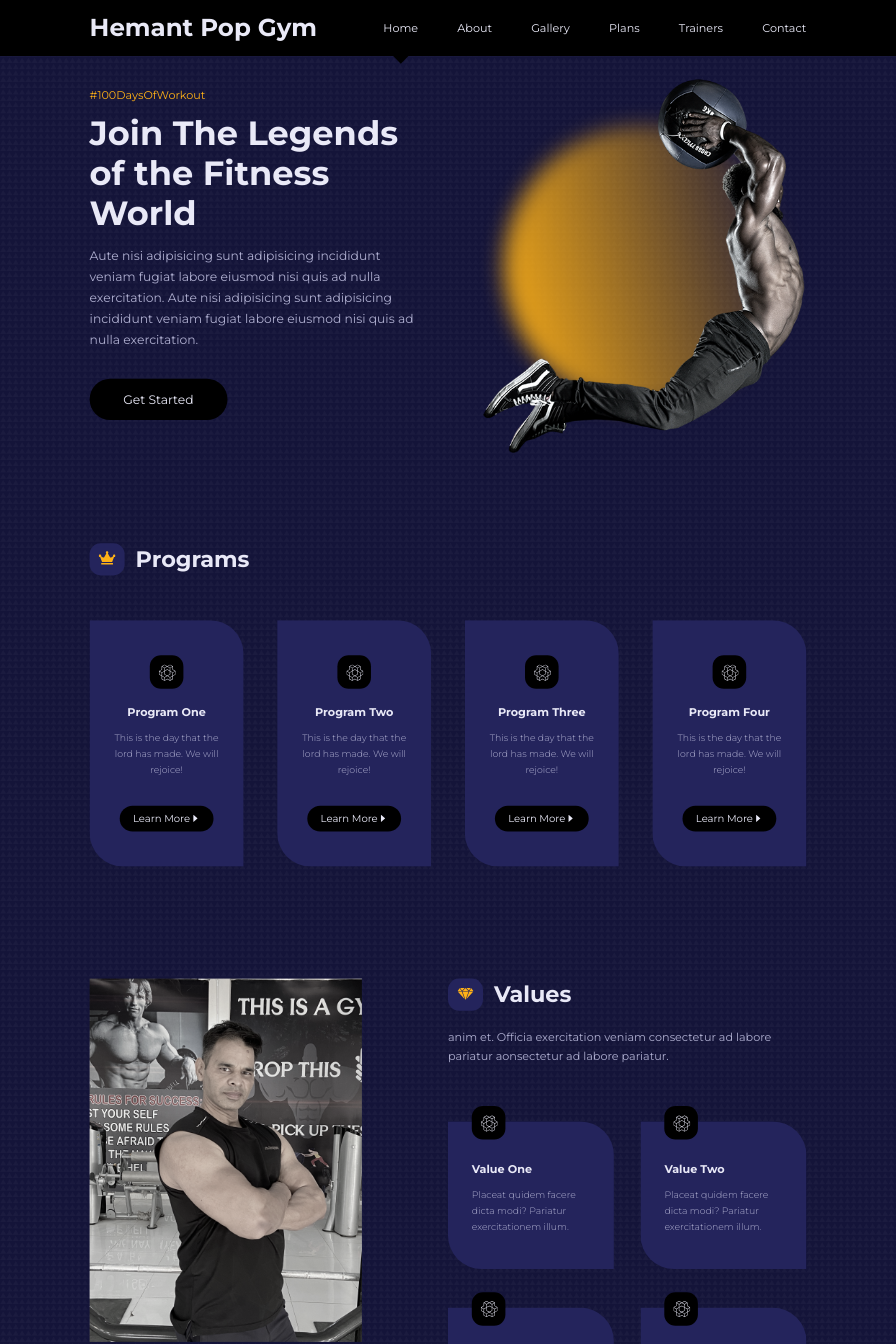
Repository: aryaMode/gym-portfolio
Page: /
These files come from the project's save history. The page is drawn as it stood at one moment and after the next save; the edit follows.
The browser window is 1280 px wide. The pictures show the part of the page from y = 0 to 1920 px (the page is 4018 px tall), at 70% of full size.
The project was rebuilt for these pictures with package versions that can differ from the ones it lists, and the page was loaded fresh each time. Also part of the build but not shown: src/pages/about/about.css, src/components/Header.jsx, src/pages/about/About.jsx, src/pages/contact/contact.css, src/pages/contact/Contact.jsx, src/pages/gallery/gallery.css, src/pages/gallery/Gallery.jsx, src/pages/notFound/notFound.css and 6 more.

Above is the page before, as saved 2023-07-20 16:15:58.

After the next save:
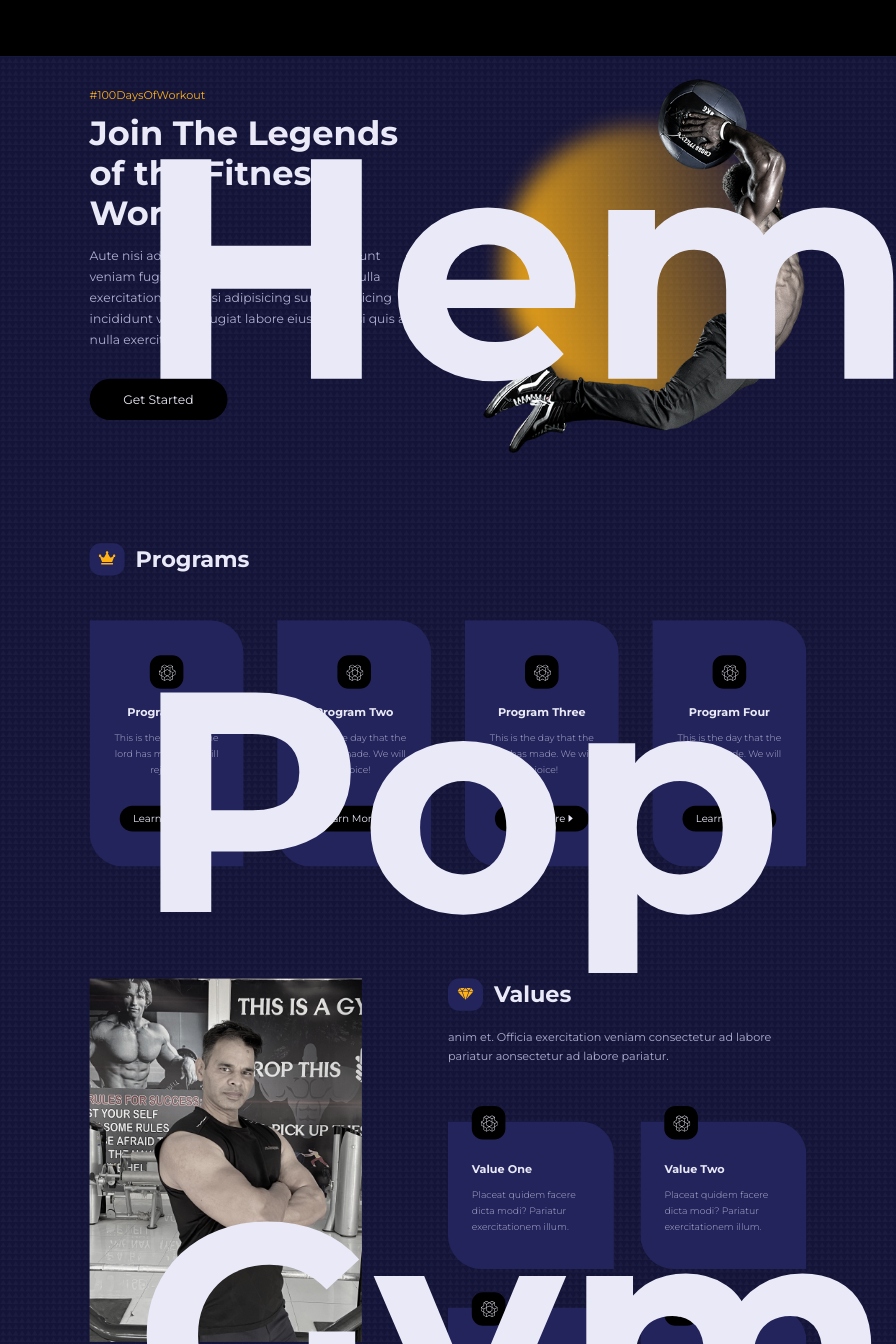
Saved 5 s later.
--- a/src/components/navbar.css
+++ b/src/components/navbar.css
@@ -26,7 +26,7 @@
 
 .logo{
     /* width: 50vw; */
-    font-size: 35px;
+    font-size: 35vw;
     font-weight: bold;
     margin-right: 50px;
     display: flex;

After the 2 saves that followed:
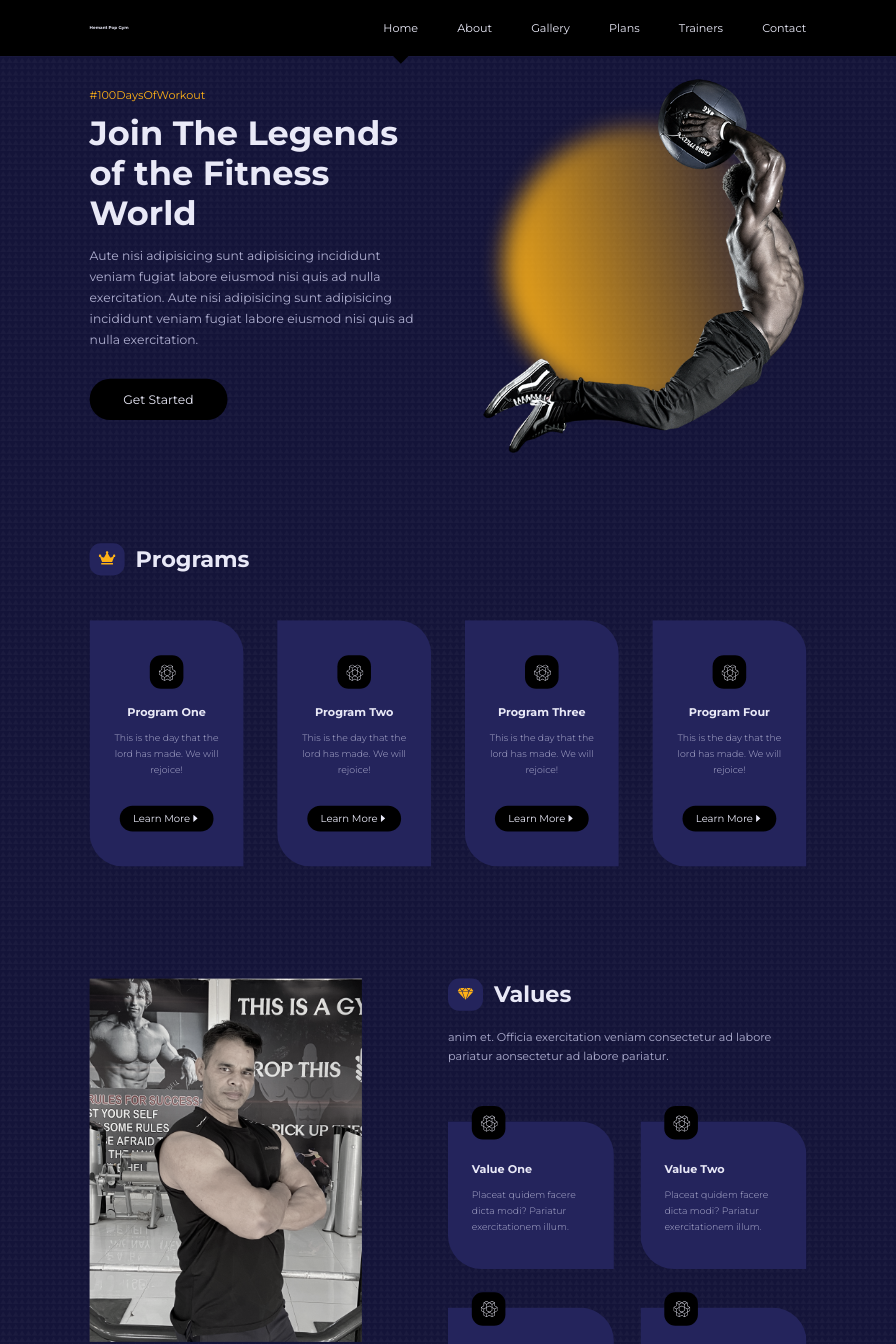
The 2 saves are shown as one change because they came seconds apart.
The last was saved 7 s later.
--- a/src/components/navbar.css
+++ b/src/components/navbar.css
@@ -26,7 +26,7 @@
 
 .logo{
     /* width: 50vw; */
-    font-size: 35vw;
+    font-size: 35%;
     font-weight: bold;
     margin-right: 50px;
     display: flex;
